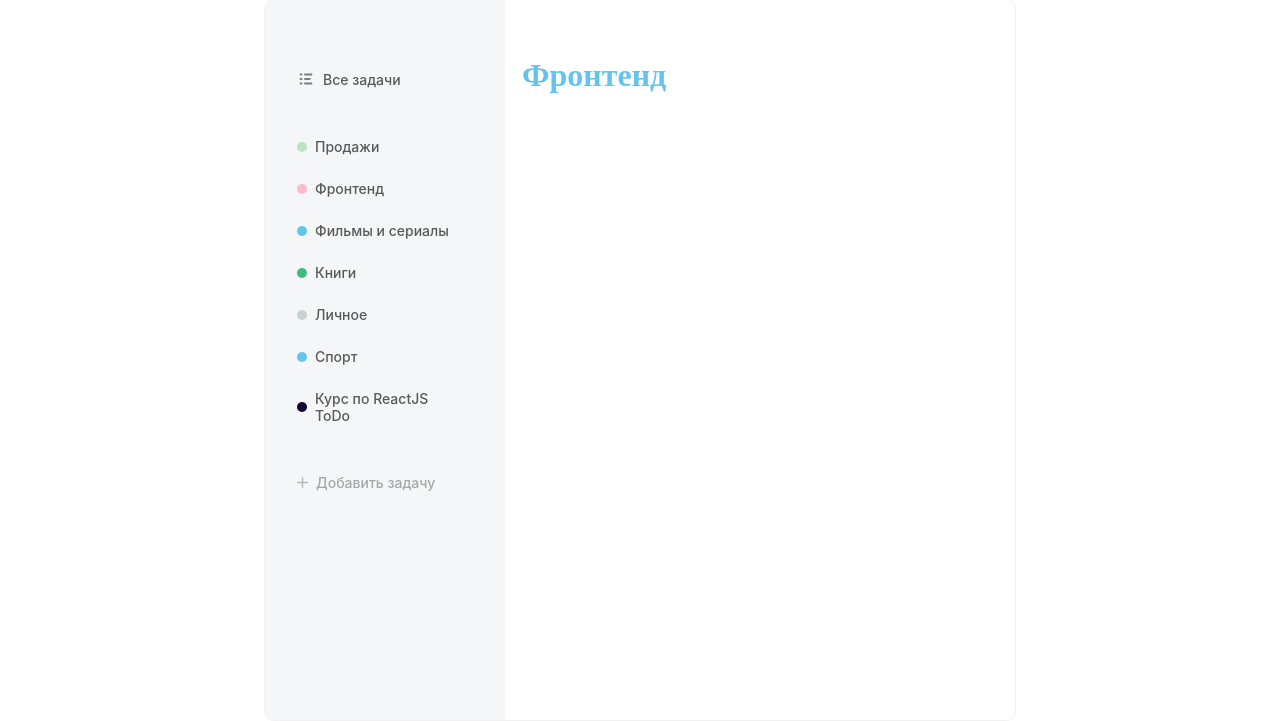
Repository: AzimAzimov/Todo
Page: /
The author's editor kept a copy of each file at every save. The page is drawn from the files as they stood at one save, then again after a run of saves.
The browser window is 1280 px wide. The pictures show the whole page.
The project was rebuilt for these pictures with package versions that can differ from the ones it lists, and the page was loaded fresh each time. Also part of the build but not shown: src/components/addButtonList/AddListButton.scss.

Above is the page before, as saved 2023-03-01 15:34:16.

### src/index.js
import React from 'react';
import ReactDOM from 'react-dom/client';
import './scss/index.scss';
import App from './App';

const root = ReactDOM.createRoot(document.getElementById('root'));
root.render(
  <React.StrictMode>
    <App />
  </React.StrictMode>
);

### src/scss/index.scss
@import "_normalize.scss";

body {
  margin: 0;
  font-family: -apple-system, BlinkMacSystemFont, 'Segoe UI', 'Montserrat', 'Oxygen',
    'Ubuntu', 'Cantarell', 'Fira Sans', 'Droid Sans', 'Helvetica Neue',
    sans-serif;
  -webkit-font-smoothing: antialiased;
  -moz-osx-font-smoothing: grayscale;
}

.todo {
  display: flex;
  position: absolute;
  left: 50%;
  top: 50%;
  width: 750px;
  height: 100vh;
  transform: translate(-50%, -50%);
  border: 1px solid #f1f1f1;
  border-radius: 10px;
  overflow: hidden;
  font-size: 14px;
  &__sidebar {
    background: #F4F6F8;
    width: 200px;
    height: calc(100% - 120px);
    padding: 60px 20px;
  }

  &__tasks {
    flex: 1;
    padding: 60px;
    h2 {
      /* Фронтенд */

        position: absolute;
        width: 178px;
        height: 39px;
        left: 257px;
        top: 56px;

        font-family: 'Montserrat';
        font-style: normal;
        font-weight: 700;
        font-size: 32px;
        line-height: 39px;
        /* identical to box height */

        color: #64C4ED;
    }
  }

}

### src/App.js
import React, { useState } from 'react';
import AddButtonList from './components/addButtonList/AddButtonList';

import List from './components/sidebar/List';
import DB from './assets/db.json'
import './scss/index.scss';


function App() {

  const [ value, setValue ] = useState('')
  const [ lists, setLists ] = useState(
    DB.lists.map(item => {
      item.color = DB.colors.filter(color => color.id === item.colorId)[0].name;
      return item;
    })
  )

  const onAddList = (obj) => {
    const newList = [...lists, obj]
    setLists(newList)
    console.log("Добавлен список", newList, lists);
  }

  return (
    <div className="todo">
      <div className="todo__sidebar">
        <List items={[
          {
            icon: (
              <svg width="18" height="18" viewBox="0 0 18 18" fill="none" xmlns="http://www.w3.org/2000/svg">
                <path d="M12.96 8.10001H7.74001C7.24321 8.10001 7.20001 8.50231 7.20001 9.00001C7.20001 9.49771 7.24321 9.90001 7.74001 9.90001H12.96C13.4568 9.90001 13.5 9.49771 13.5 9.00001C13.5 8.50231 13.4568 8.10001 12.96 8.10001V8.10001ZM14.76 12.6H7.74001C7.24321 12.6 7.20001 13.0023 7.20001 13.5C7.20001 13.9977 7.24321 14.4 7.74001 14.4H14.76C15.2568 14.4 15.3 13.9977 15.3 13.5C15.3 13.0023 15.2568 12.6 14.76 12.6ZM7.74001 5.40001H14.76C15.2568 5.40001 15.3 4.99771 15.3 4.50001C15.3 4.00231 15.2568 3.60001 14.76 3.60001H7.74001C7.24321 3.60001 7.20001 4.00231 7.20001 4.50001C7.20001 4.99771 7.24321 5.40001 7.74001 5.40001ZM4.86001 8.10001H3.24001C2.74321 8.10001 2.70001 8.50231 2.70001 9.00001C2.70001 9.49771 2.74321 9.90001 3.24001 9.90001H4.86001C5.35681 9.90001 5.40001 9.49771 5.40001 9.00001C5.40001 8.50231 5.35681 8.10001 4.86001 8.10001ZM4.86001 12.6H3.24001C2.74321 12.6 2.70001 13.0023 2.70001 13.5C2.70001 13.9977 2.74321 14.4 3.24001 14.4H4.86001C5.35681 14.4 5.40001 13.9977 5.40001 13.5C5.40001 13.0023 5.35681 12.6 4.86001 12.6ZM4.86001 3.60001H3.24001C2.74321 3.60001 2.70001 4.00231 2.70001 4.50001C2.70001 4.99771 2.74321 5.40001 3.24001 5.40001H4.86001C5.35681 5.40001 5.40001 4.99771 5.40001 4.50001C5.40001 4.00231 5.35681 3.60001 4.86001 3.60001Z" fill="black"/>
              </svg>
            ),
            name: 'Все задачи',
          }
        ]} />
        <List
          items={lists}
          isRemovable={true}
          onRemove={(eee)=> {console.log(eee)}}
        />
        <AddButtonList onAdd={onAddList} colors={DB.colors} />
      </div>
      <div className='todo__tasks'>
        <h2>Фронтенд</h2>
      </div>
    </div>
  );
}

export default App;

### src/scss/_normalize.scss
* {
  padding: 0;
  margin: 0;
  list-style: none;
  outline: none;
}

html {
  -ms-text-size-adjust: 100%;
  -webkit-text-size-adjust: 100%;
}

body {
  -moz-osx-font-smoothing: grayscale;
  -webkit-font-smoothing: antialiased;

}

a,
span,
p,
b,
h1,
h2,
h3,
h4,
h5 {
  margin: 0;
  padding: 0;
  text-decoration: none
}

h1 {
  font-size: 48px;
}

h2 {
  font-weight: 600;
  font-size: 28px;
  line-height: 30px;
}

a {
  text-decoration: none;
}

### src/components/addButtonList/AddButtonList.jsx
import React, { useState } from 'react'

import Badge from '../badge/Badge';
import List from '../sidebar/List'
import closePopup from "../../assets/img/close.svg"
import "./AddListButton.scss"


const AddButtonList = ({ colors, onAdd }) => {
  const [visiblePopup, setVisiblePopup] = useState(false);
  const [selectedColor, selectColor] = useState(colors[0].id);
  const [inputValue, setInputValue] = useState('')

  const onClose = () => {
    setVisiblePopup(false)
    setInputValue('')
    selectColor(colors[0].id)
  }

  const addList = () => {
    if (!inputValue) {
      alert('Введи название списка епт...')
      return;
    }
    const color = colors.filter(c => c.id === selectedColor)[0].name;
    onAdd({ id: Math.random(), name: inputValue, color: color });
    onClose()
  }

  return (
    <div className="add__list">
      <List
        onClick={()=> setVisiblePopup(true)}
        items={[
          {
            className: 'todo__list__button',
            icon: (
              <svg width="11" height="11" viewBox="0 0 16 16" fill="none" xmlns="http://www.w3.org/2000/svg">
                <path d="M8 1V15" stroke="black" strokeWidth="2" strokeLinecap="round" strokeLinejoin="round"/>
                <path d="M1 8H15" stroke="black" strokeWidth="2" strokeLinecap="round" strokeLinejoin="round"/>
              </svg>
            ),
            name: 'Добавить задачу'
          }
        ]}
      />
      {visiblePopup &&
        <div className="add__list__popup">
          <img onClick={onClose} src={closePopup} alt="close" className="add__list__popup__close" />

          <input
            value={inputValue}
            onChange={e => setInputValue(e.target.value)}
            className='field'
            type='text'
            placeholder='Название списка'
          />

          <div className="add__list__popup__colors">
            {colors.map(color => (
              <Badge
                onClick={()=> selectColor(color.id)}
                key={color.id}
                color={color.name}
                className={selectedColor === color.id && 'active'}
              />
            ))}
          </div>
          <button
            className='button'
            onClick={addList}
          >
            Добавить
          </button>
        </div>
      }
    </div>
  )
}

export default AddButtonList

### src/components/sidebar/List.jsx
import React from 'react'
import classNames from 'classnames';

import './List.scss';
import Badge from '../badge/Badge';
import removeIcon from '../../assets/img/remove.svg'


const List = ({ items, isRemovable, onClick, onRemove }) => {

  const removeList = (item) => {
    if (window.confirm('Удалить список, ёпт?')) {
      onRemove(item)
    }
  }

  return (
    <ul onClick={onClick} className='todo__list'>
      {items.map((item, index) => (
        <li key={index} className={classNames(item.className, { active: item.active })}>
          <i>{item.icon ? item.icon : <Badge color={item.color} />}</i>
          <span>{item.name}</span>
          {isRemovable &&
            <img
              onClick={()=> removeList(item)}
              className='todo__list__remove__icon'
              src={removeIcon} alt="remove"
            />
          }
        </li>
      ))}
    </ul>
  )
}

export default List

### src/assets/db.json
{
  "lists": [
    {
      "id": 1,
      "name": "Продажи",
      "colorId": 5
    },
    {
      "id": 2,
      "name": "Фронтенд",
      "colorId": 4
    },
    {
      "id": 3,
      "name": "Фильмы и сериалы",
      "colorId": 3
    },
    {
      "id": 4,
      "name": "Книги",
      "colorId": 2
    },
    {
      "id": 5,
      "name": "Личное",
      "colorId": 1
    },
    {
      "name": "Спорт",
      "colorId": 3,
      "id": 6
    },
    {
      "name": "Курс по ReactJS ToDo",
      "colorId": 7,
      "id": 7
    }
  ],
  "tasks": [
    {
      "id": 1,
      "listId": 2,
      "text": "Изучить JavaScript",
      "completed": true
    },
    {
      "id": 2,
      "listId": 2,
      "text": "Изучить паттерны проектирования",
      "completed": false
    },
    {
      "id": 3,
      "listId": 2,
      "text": "ReactJS Hooks (useState, useReducer, useEffect и т.д.)",
      "completed": true
    },
    {
      "id": 4,
      "listId": 2,
      "text": "Redux (redux-observable, redux-saga)",
      "completed": false
    },
    {
      "listId": 2,
      "text": "123",
      "completed": true,
      "id": 5
    },
    {
      "listId": 1,
      "text": "test",
      "completed": false,
      "id": 6
    },
    {
      "listId": 1,
      "text": "qweqwe",
      "completed": false,
      "id": 7
    },
    {
      "listId": 1,
      "text": "qweqwe",
      "completed": true,
      "id": 8
    },
    {
      "listId": 1,
      "text": "123",
      "completed": false,
      "id": 9
    },
    {
      "listId": 4,
      "text": "Купить 1984!",
      "completed": true,
      "id": 10
    },
    {
      "listId": 2,
      "text": "222",
      "completed": true,
      "id": 12
    },
    {
      "listId": 7,
      "text": "Сделали сайдбар",
      "completed": true,
      "id": 15
    },
    {
      "listId": 7,
      "text": "Сделали список задач",
      "completed": true,
      "id": 16
    },
    {
      "listId": 7,
      "text": "Сделали удаление и редактирование задач и списков",
      "completed": true,
      "id": 17
    },
    {
      "listId": 8,
      "text": "tttt",
      "completed": false,
      "id": 18
    }
  ],
  "colors": [
    {
      "id": 1,
      "hex": "#C9D1D3",
      "name": "grey"
    },
    {
      "id": 2,
      "hex": "#42B883",
      "name": "green"
    },
    {
      "id": 3,
      "hex": "#64C4ED",
      "name": "blue"
    },
    {
      "id": 4,
      "hex": "#FFBBCC",
      "name": "pink"
    },
    {
      "id": 5,
      "hex": "#B6E6BD",
      "name": "lime"
    },
    {
      "id": 6,
      "hex": "#C355F5",
      "name": "purple"
    },
    {
      "id": 7,
      "hex": "#110133",
      "name": "black"
    },
    {
      "id": 8,
      "hex": "#FF6464",
      "name": "red"
    }
  ]
}

### src/components/badge/Badge.jsx
import React from 'react'
import "./Barge.scss"


const Badge = ({ color, onClick, className }) => {
  return (
    <i onClick={onClick} className={`badge badge__${color} ${className}`}></i>
  )
}

export default Badge

### src/components/sidebar/List.scss

.todo__list {
  margin-bottom: 30px;
  &__button {
    opacity: 0.5;
    &:hover {
      opacity: 1;
    }
    svg {
      transition: all 0.3s ease;
      path {
        stroke: #7C7C7C;
      }
    }
    span {
      color: #7c7c7c;
      transition: all 0.3s ease;
    }
  }

  li {
    display: flex;
    align-items: center;
    gap: 8px;
    padding: 10px 12px;
    margin-bottom: 5px;
    cursor: pointer;
    position: relative;
    &:hover {
      background: rgba(190, 190, 190, 0.08);
      img {
        opacity: 0.3;
      }
    }

    .todo__list__remove__icon {
      opacity: 0;
      width: 10px;
      height: 10px;
      &:hover {
        opacity: 0.6;
      }
    }

    &.active {
      background: #FFFFFF;
      box-shadow: 0px 2px 10px rgba(0, 0, 0, 0.04);
      border-radius: 4px;
    }

    i {
      display: inline-flex;
      svg {
        path {
          fill: #7C7C7C;
        }
      }
    }

    span {
      font-weight: 500;
      color: #595959;
      flex: 1;
    }
  }
}

### src/components/badge/Barge.scss
  .badge {
    display: inline-block;
    width: 10px;
    height: 10px;
    border-radius: 50%;

    &__green {
      background-color: #42B883;
    }

    &__blue {
      background-color: #64C4ED;
    }

    &__pink {
      background-color: #FFBBCC;
    }

    &__red {
      background-color: #FF6464;
    }

    &__black {
      background-color: #110133;
    }

    &__purple {
      background-color: #C355F5;
    }

    &__lime {
      background-color: #B6E6BD;
    }

    &__grey {
      background-color: #C9D1D3;
    }

    &__purple {
      background-color: #C355F5;
    }
  }

Loaded but not shown: public/index.html (common file)

After the next 5 saves:
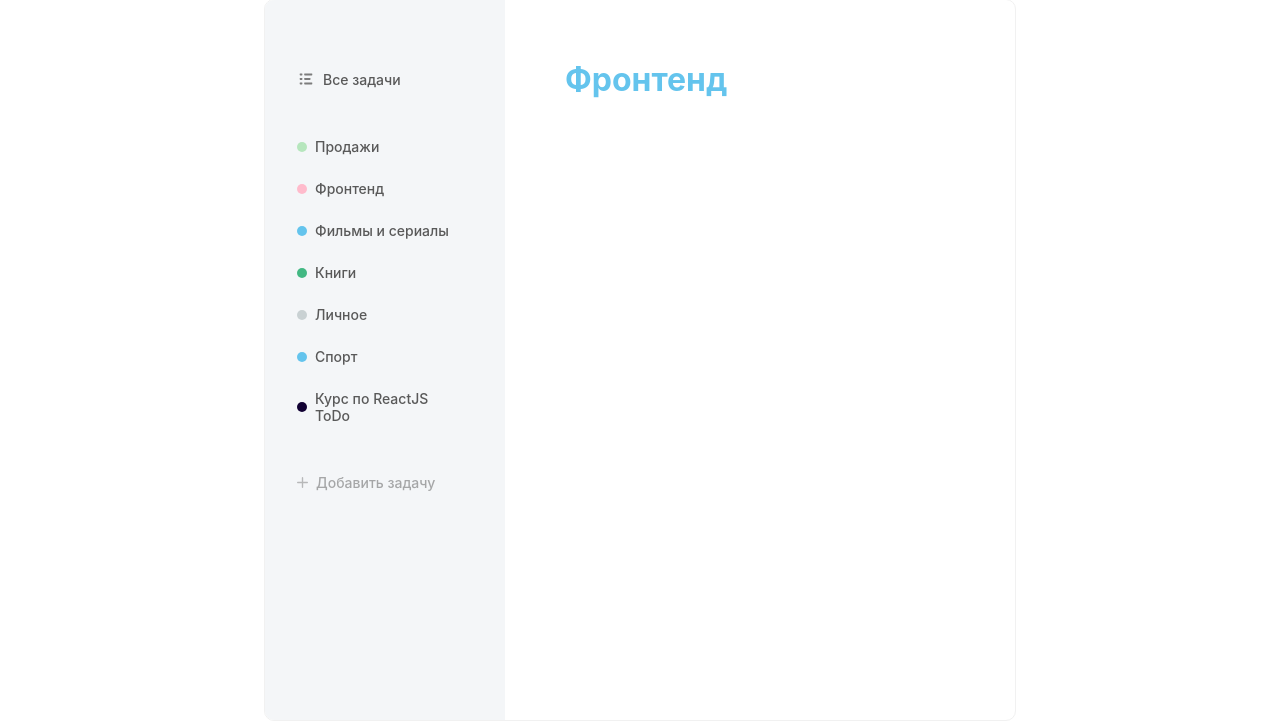
The 5 saves are shown as one change because 2 did not build or start and some came seconds apart.
The last was saved 22 s later.
--- a/src/scss/index.scss
+++ b/src/scss/index.scss
@@ -32,22 +32,10 @@ body {
     flex: 1;
     padding: 60px;
     h2 {
-      /* Фронтенд */
-
-        position: absolute;
-        width: 178px;
-        height: 39px;
-        left: 257px;
-        top: 56px;
-
-        font-family: 'Montserrat';
-        font-style: normal;
-        font-weight: 700;
-        font-size: 32px;
-        line-height: 39px;
-        /* identical to box height */
-
-        color: #64C4ED;
+      font-weight: 700;
+      font-size: 32px;
+      line-height: 39px;
+      color: #64C4ED;
     }
   }
 
